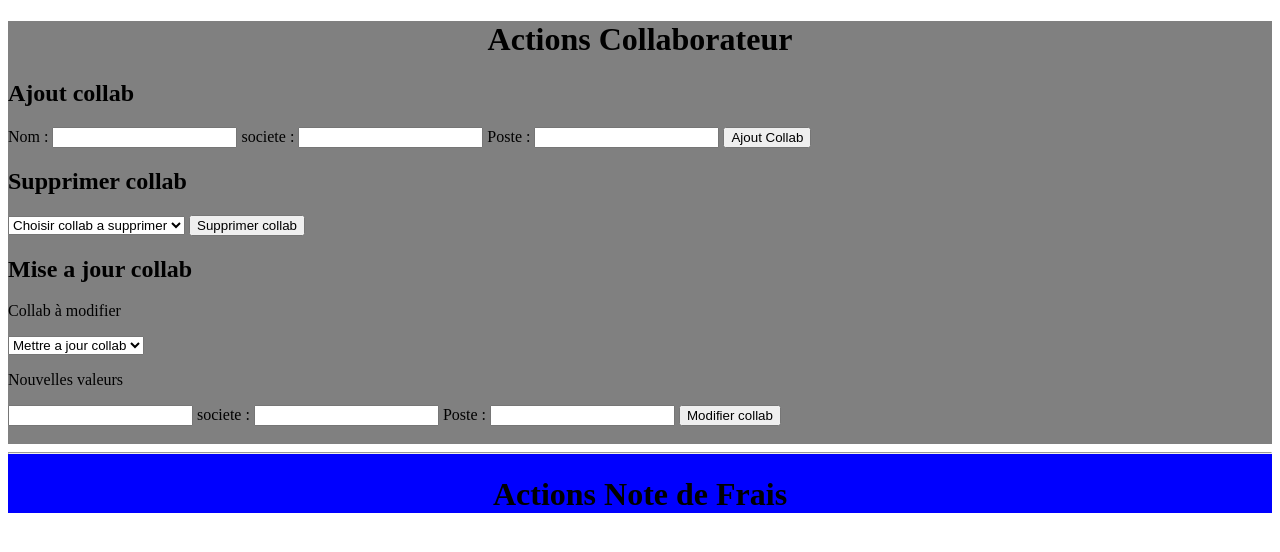
Repository: Shakibaei-2020/CRA_JEE_FINAL
Page: http://localhost/jee_crainfocom/WEB-INF/accueil.jsp
These files come from the project's save history. The page is drawn as it stood at one moment and after the next save; the edit follows.
The browser window is 1280 px wide. The pictures show the whole page.
The page is served by Tomcat 9. Nobody is signed in. The template is opened directly, without the code that normally fills it, so the values that code supplies are empty.

Above is the page before, as saved 2021-03-25 14:25:43.

After the next save:
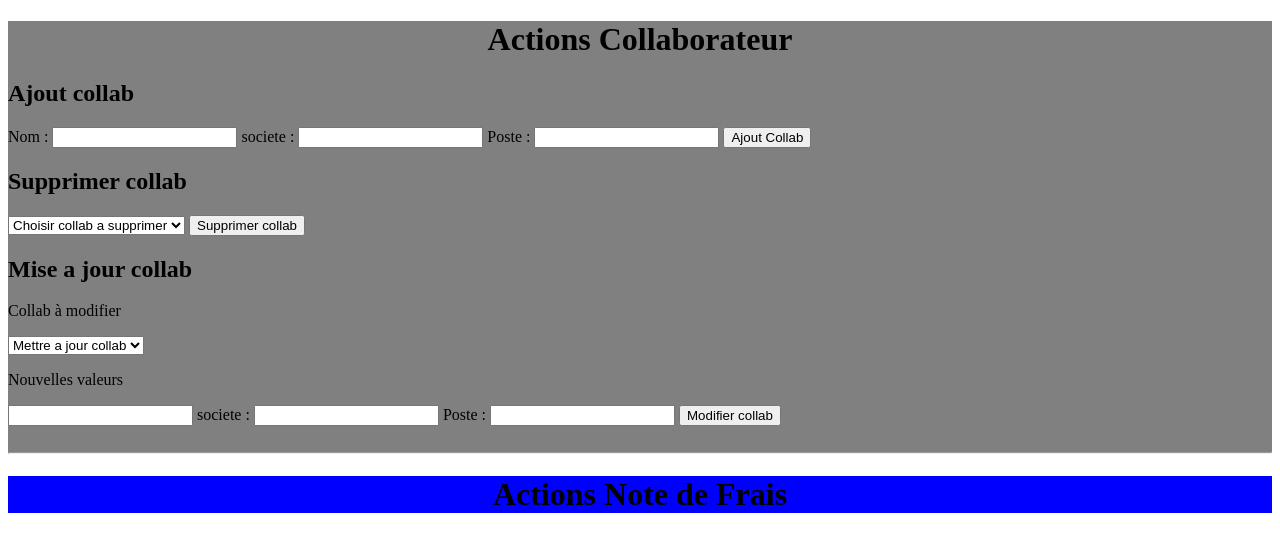
Saved 12 s later.
--- a/CRA_JEE_FINAL/CRA_JEE_FINAL/jee_crainfocom/src/main/webapp/WEB-INF/accueil.jsp
+++ b/CRA_JEE_FINAL/CRA_JEE_FINAL/jee_crainfocom/src/main/webapp/WEB-INF/accueil.jsp
@@ -59,11 +59,12 @@
 </form>
 
 <br>
+<hr>
+
 </div>
 
 
 <div style="background-color:blue">
-<hr>
         <center><h1>Actions Note de Frais</h1></center>
 
 </div>
